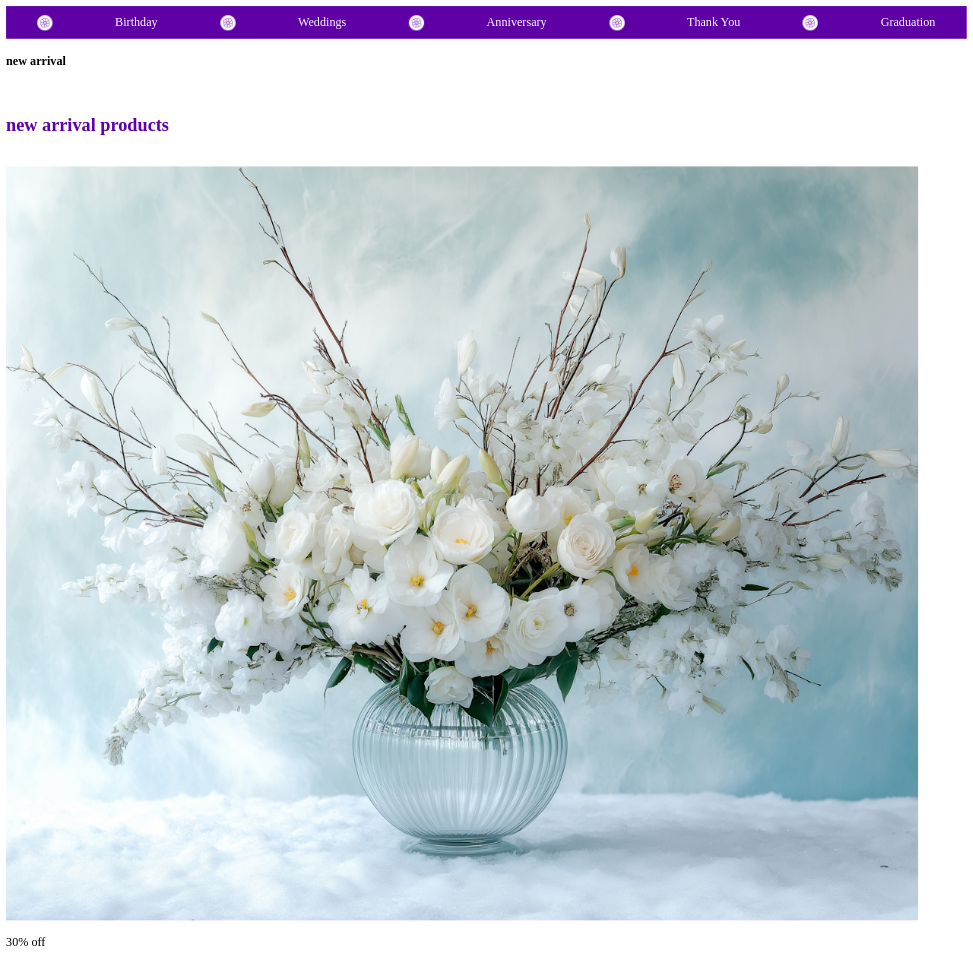
Repository: KolawoleTemilade/classroom-learning
Page: newarrival/index.html
An editor plug-in stored every save of this project. The page is shown before and after a run of saves, followed by the edit.
The browser window is 1280 px wide. The pictures show the whole page, at 76% of full size.

Above is the page before, as saved 2025-10-01 17:54:03.

### newarrival/index.html
<!DOCTYPE html>
<html lang="en">
  <head>
    <meta charset="UTF-8" />
    <meta name="viewport" content="width=h, initial-scale=1.0" />
    <title>new arrival</title>
    <link rel="stylesheet" href="style.css" />
  </head>
  <body>
    <div class="marq-sect">
      <div class="marque">
        <img
          src="../newarrival/images/icons/marqueflower.png"
          alt="flower-icon"
          width="20"
          height="20"
        />
        <span>birthday</span>
        <img
          src="../newarrival/images/icons/marqueflower.png"
          alt="flower-icon"
          width="20"
          height="20"
        />
        <span>weddings</span>
        <img
          src="../newarrival/images/icons/marqueflower.png"
          alt="flower-icon"
          width="20"
          height="20"
        />
        <span>anniversary</span>
        <img
          src="../newarrival/images/icons/marqueflower.png"
          alt="flower-icon"
          width="20"
          height="20"
        />
        <span>thank you</span>
        <img
          src="../newarrival/images/icons/marqueflower.png"
          alt="flower-icon"
          width="20"
          height="20"
        />
        <span>graduation</span>
      </div>
    </div>
    <div class="new-arrival-sect">
      <h4>new arrival</h4>
      <h2>new arrival <span>products</span></h2>
      <div class="pew-arrival-product-card">
        <div class="product-card">
          <div class="img-sect">
            <img src="./images/new-arrival/flower1.png" alt="flower1" />
            <div>
              <p class="slash">30% off</p>
            </div>
          </div>
          <div class="text-sect"></div>
        </div>
      </div>
    </div>
  </body>
</html>

### newarrival/style.css
.marq-sect{
    background-color: #5E00A6;
    height:6vh;
    width: 100%;
    align-content: center;
}
.marque {
    display: flex;
    align-content: center;
    justify-content:space-around ;
}
.marque > span {
    text-transform: capitalize;
    color: white;
}
.new-arrival-sect {
    display: flex;
    flex-direction: column;
    gap: 20px;
}
.new-arrival-sect > h2 {
    font-size: ;
}
.new-arrival-sect > h2 {
    color: #5E00A6;
}

After the next 2 saves:
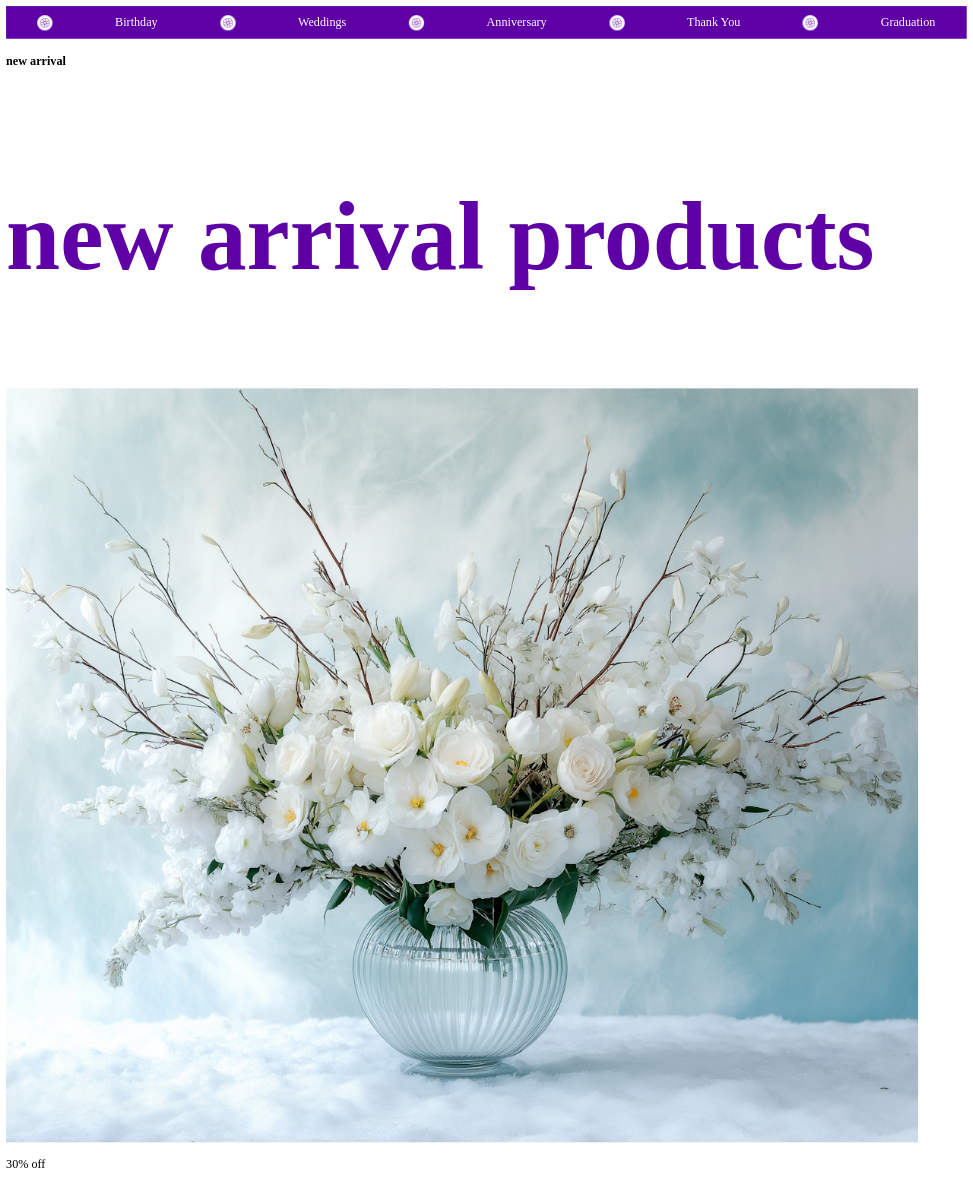
The 2 saves are shown as one change because they came seconds apart.
The last was saved 8 s later.
--- a/newarrival/style.css
+++ b/newarrival/style.css
@@ -19,7 +19,7 @@
     gap: 20px;
 }
 .new-arrival-sect > h2 {
-    font-size: ;
+    font-size: 8rem;
 }
 .new-arrival-sect > h2 {
     color: #5E00A6;

After the 5 saves that followed:
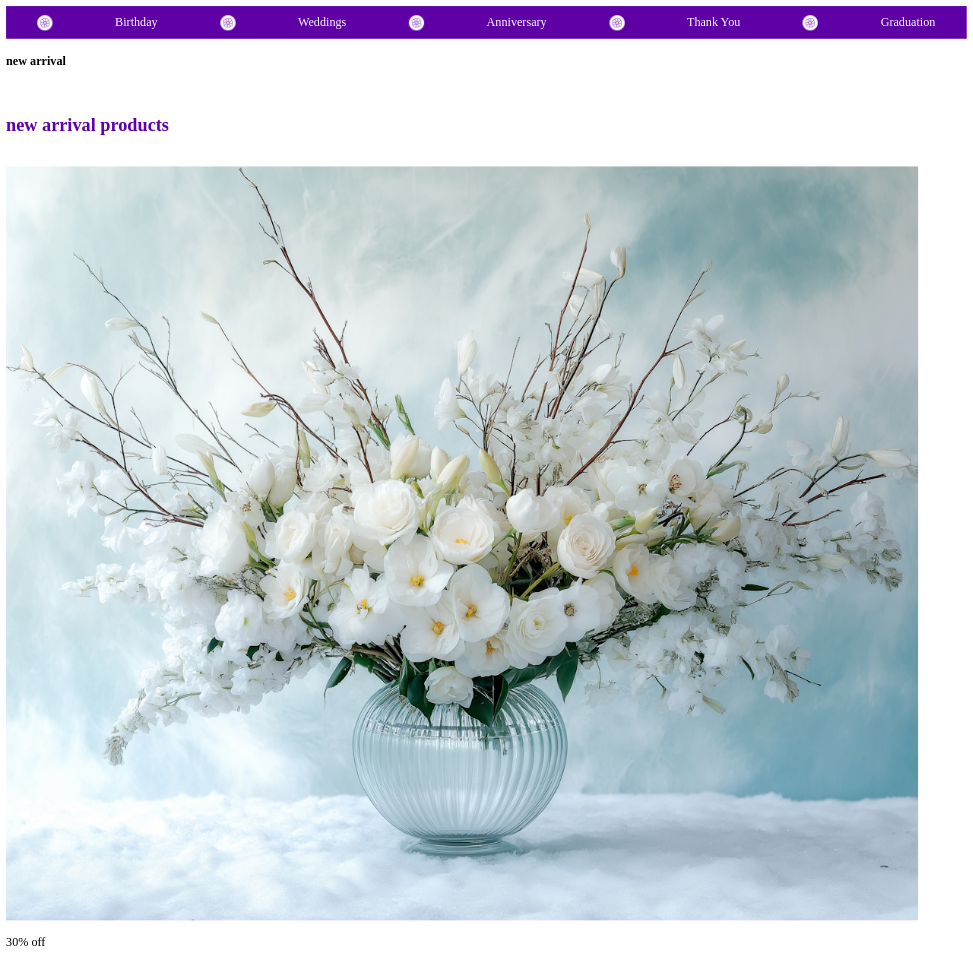
The 5 saves are shown as one change because they came seconds apart.
The last was saved 16 s later.
--- a/newarrival/style.css
+++ b/newarrival/style.css
@@ -18,6 +18,7 @@
     flex-direction: column;
     gap: 20px;
 }
+.new-arrival-sect
 .new-arrival-sect > h2 {
     font-size: 8rem;
 }
